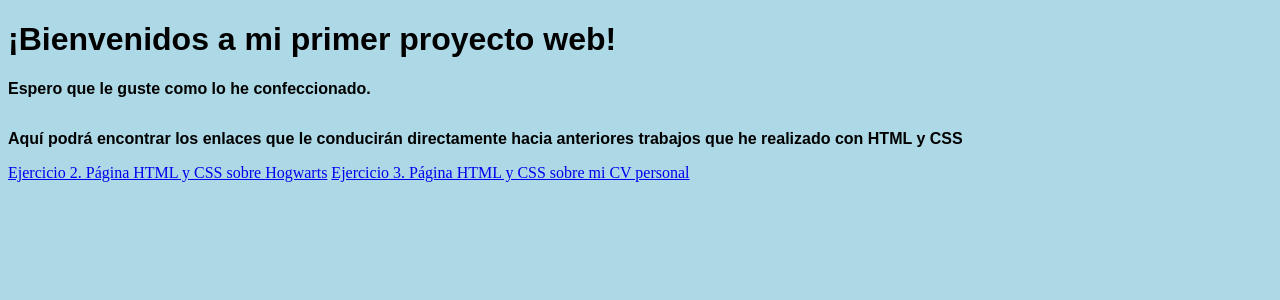
Repository: Pablosky971/Ejercicio-4.-Proyecto-Web
Page: http://localhost/Ejercicio4/
These files come from the project's save history. The page is drawn as it stood at one moment and after a run of saves; the edit follows.
The browser window is 1280 px wide. The pictures show the whole page.
The page is served by Tomcat 9.

Above is the page before, as saved 2022-03-09 12:42:15.

After the next 5 saves:
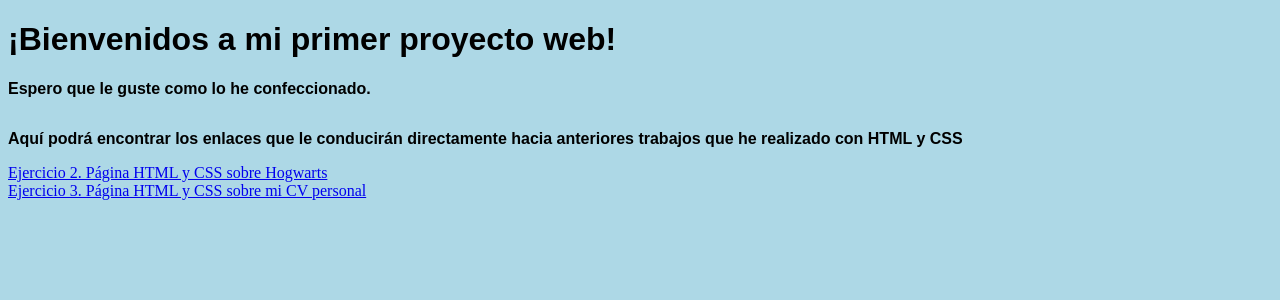
The 5 saves are shown as one change because they came seconds apart.
The last was saved 44 s later.
--- a/Ejercicio4/src/main/webapp/css/index.css
+++ b/Ejercicio4/src/main/webapp/css/index.css
@@ -23,6 +23,10 @@ nav {
 	display: block;
 }
 
+a {
+	display: block;
+}
+
 a:hover {
 	color: green;
 
